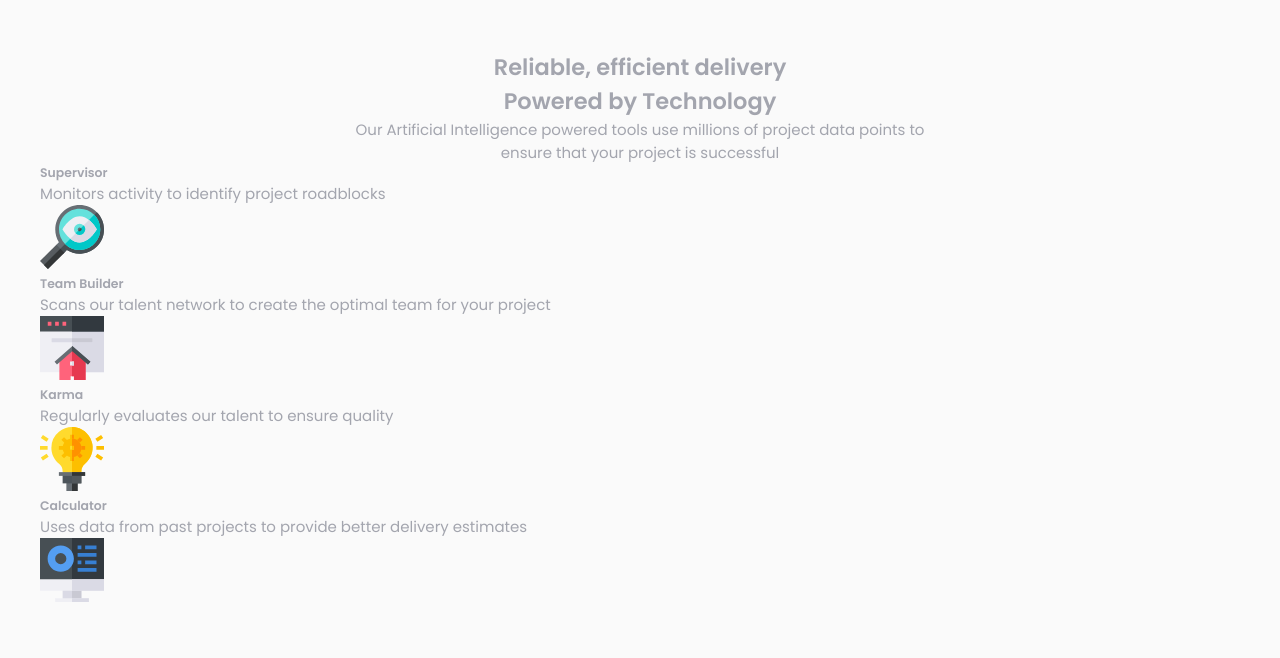
Repository: superZXMzzl/FrontendMentor
Page: four-card-feature-section-master/index.html
An editor plug-in stored every save of this project. The page is shown before and after the next save, followed by the edit.
The browser window is 1280 px wide. The pictures show the whole page.

Above is the page before, as saved 2022-05-10 18:31:53.

### four-card-feature-section-master/index.html
<!DOCTYPE html>
<html lang="en">
<head>
  <meta charset="UTF-8">
  <meta name="viewport" content="width=device-width, initial-scale=1.0"> <!-- displays site properly based on user's device -->

  <link rel="icon" type="image/png" sizes="32x32" href="./images/favicon-32x32.png">
  <link rel="stylesheet" href="style.css">
  <title>Frontend Mentor | Four card feature section</title>


</head>
<body>


  <div class="container">
    <div class="textBox">
      <h2 class="text1">Reliable, efficient delivery</h2>
      <h2 class="text2">Powered by Technology</h2>
      <p class="text3">Our Artificial Intelligence powered tools use millions of project data points
        to ensure that your project is successful</p>
    </div>
    <section class="main">
        <div class="box1">
          <div class="boxText">
            <h5>Supervisor</h5>
            <p>Monitors activity to identify project roadblocks</p>
          </div>
          <img src="./images/icon-supervisor.svg" alt="">
        </div>
        <div class="boxContainer">
          <div class="box2">
            <div class="boxText">
              <h5>Team Builder</h5>
              <p>Scans our talent network to create the optimal team for your project</p>
            </div>
            <img src="./images/icon-team-builder.svg" alt="">
          </div>
          <div class="box3">
            <div class="boxText">
              <h5>Karma</h5>
              <p>Regularly evaluates our talent to ensure quality</p>
            </div>
            <img src="./images/icon-karma.svg" alt="">
          </div>
        </div>
        <div class="box4">
          <div class="boxText">
            <h5>Calculator</h5>
            <p>Uses data from past projects to provide better delivery estimates</p>
          </div>
          <img src="./images/icon-calculator.svg" alt="">
        </div>
    </section>
  </div>





















</body>
</html>

### four-card-feature-section-master/style.css
@import url('https://fonts.googleapis.com/css2?family=Poppins:wght@200;400;600&display=swap');

* {
    margin: 0;
    padding: 0;
}

body {
    font-family: 'Poppins', sans-serif;
    font-size: 15px;
    background-color: hsl(0, 0%, 98%);
    color: hsl(229, 6%, 66%);
}

.container {
    max-width: 1200px;
    margin: 0 auto;
    padding: 50px 30px;
}

.textBox {
    text-align: center;

}

.text3 {
    max-width: 600px;
    margin: 0 auto;
}

After the next save:
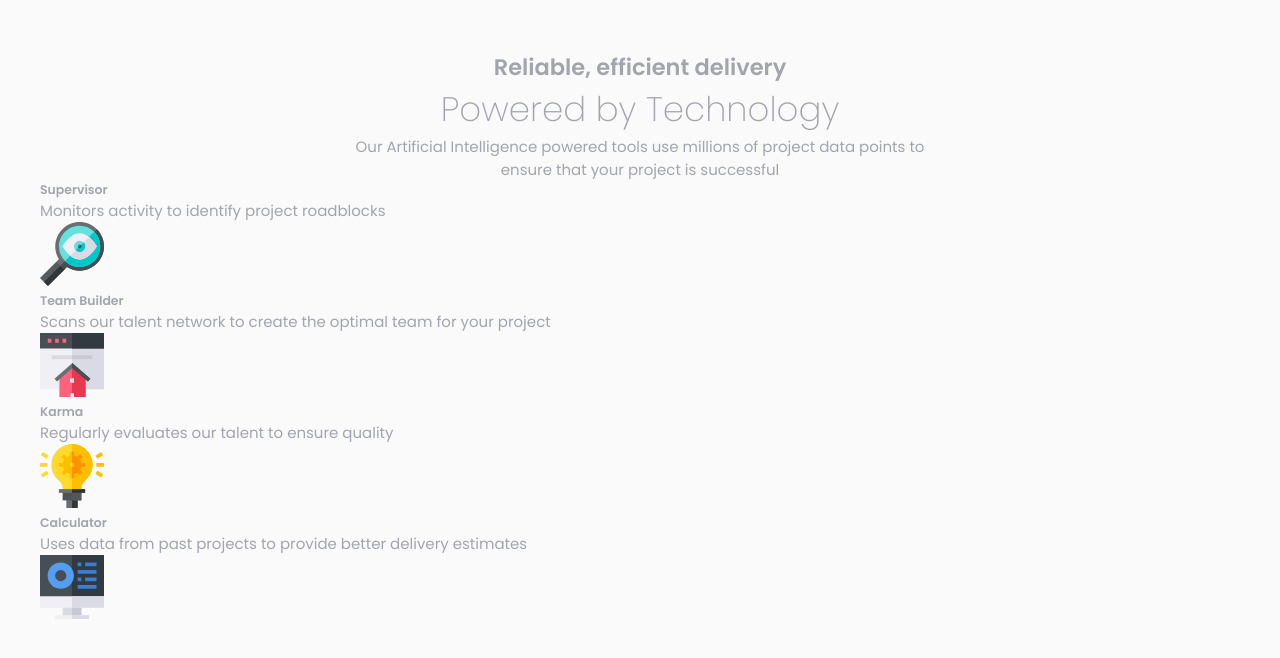
Saved 55 s later.
--- a/four-card-feature-section-master/style.css
+++ b/four-card-feature-section-master/style.css
@@ -23,6 +23,12 @@ body {
 
 }
 
+.text2 {
+    font-size: 34px;
+    font-weight: 200;
+    color: hsl(229, 6%, 66%);
+}
+
 .text3 {
     max-width: 600px;
     margin: 0 auto;
